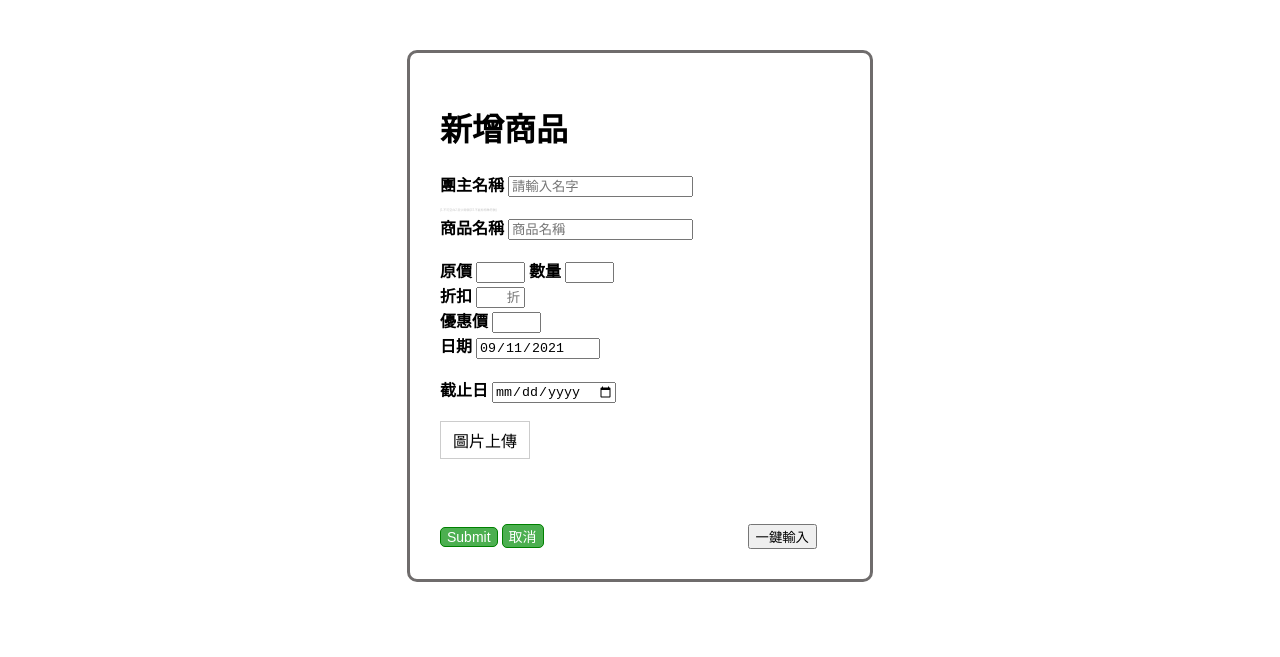
Repository: irlmpbfhvf2009/2021-09-17-Pro2-MVC
Page: http://localhost/Groupon/Manage-add.jsp
These files come from the project's save history. The page is drawn as it stood at one moment and after the next save; the edit follows.
The browser window is 1280 px wide. The pictures show the whole page.
The page is served by Tomcat 9.

Above is the page before, as saved 2021-09-14 03:20:26.

After the next save:
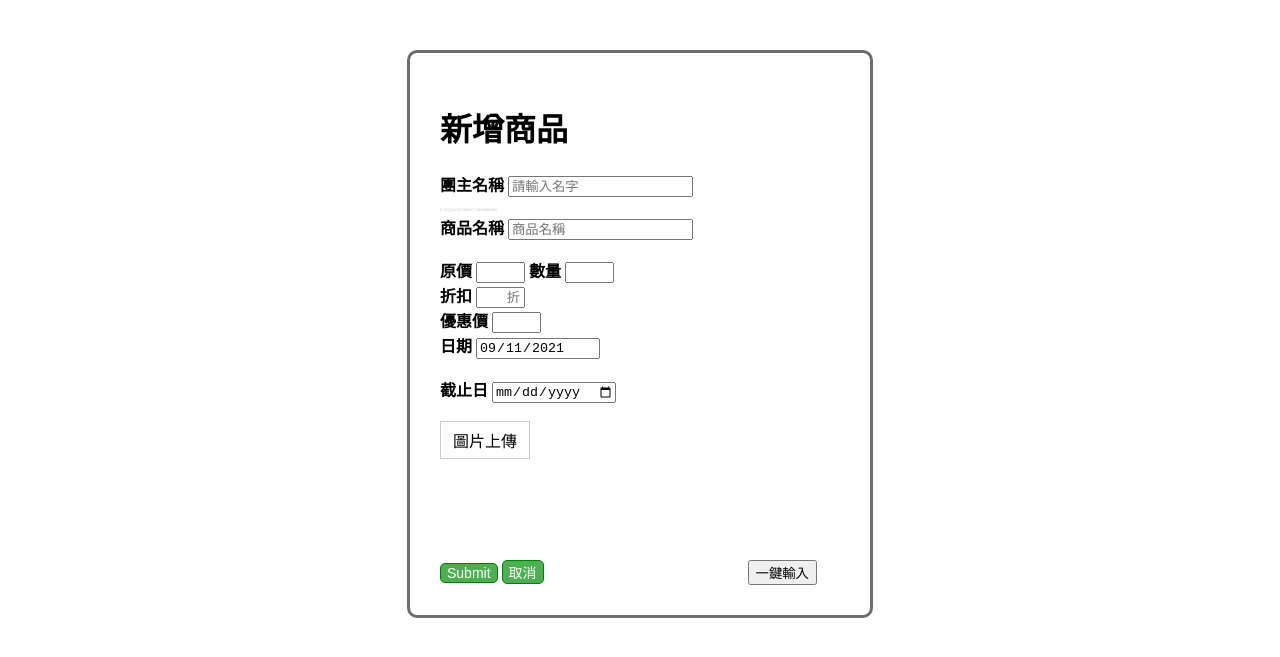
Saved 34 min 55 s later.
--- a/Groupon/src/main/webapp/Manage-add.jsp
+++ b/Groupon/src/main/webapp/Manage-add.jsp
@@ -57,9 +57,16 @@ img{float=none;}
 			<strong>截止日 </strong><input type="date" required name="deadline" size="4" id="dat" ><br><br>
 
 			<!-- 圖片 -->
+			<div>
 			<label for="file-upload" class="custom-file-upload"><i class="fa fa-cloud-upload"></i> 圖片上傳</label>
-			<input id="file-upload" type="file" name="img" /><br><br>
+			<input id="file-upload" type="file" name="img" class="upl" />
+			    <div>
+        			<img class="preview" style="max-width: 150px; max-height: 150px;">
+       				 <div class="size"></div>
+    			</div>
+			</div><br><br>
 
+			<!-- 按鈕 -->
 			<input type="submit" id="sbtn" name="gSubmit" style="margin-top: 50px;" class="sgbtn">
 			<a href="Home.jsp"><input type="button" name="cancel" class="sgbtn" value="取消"></a>
 			<input type="button" class="ssgbtn" value="一鍵輸入" style="margin-left:200px">
@@ -149,6 +156,18 @@ img{float=none;}
 			var dd=d[Math.floor(Math.random() * (d.length))];
 			$('#dat').val(yy+'-'+mm+'-'+dd);
         })
+            function format_float(num, pos){
+        var size = Math.pow(10, pos);
+        return Math.round(num * size) / size;}
+    function preview(input) {
+        if (input.files && input.files[0]) {
+            var reader = new FileReader();
+            reader.onload = function (e) {
+                $('.preview').attr('src', e.target.result);
+                var KB = format_float(e.total / 1024, 2);
+                $('.size').text("檔案大小：" + KB + " KB");}
+            reader.readAsDataURL(input.files[0]);}}
+    $("body").on("change", ".upl", function (){preview(this);})
 	})
 	</script>
 </body>
